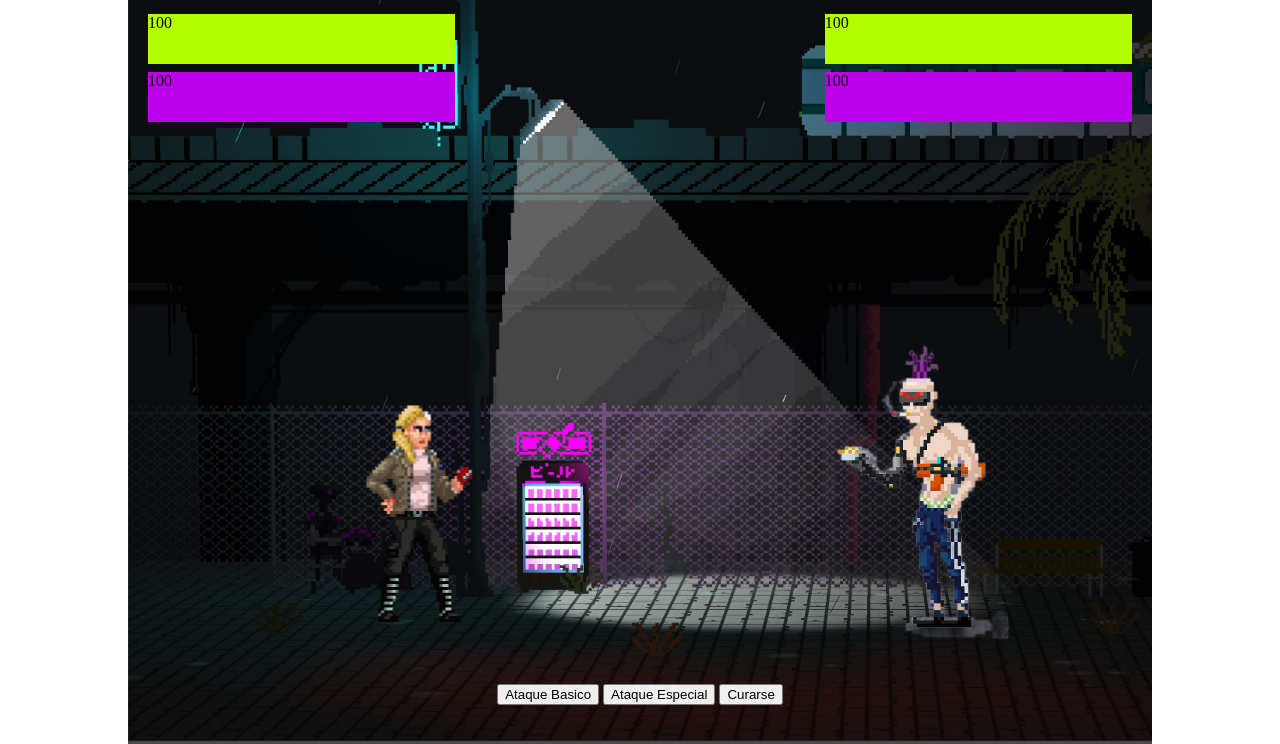
Repository: NovaDuel/novaduel-game
Page: index.html
An editor plug-in stored every save of this project. The page is shown before and after a run of saves, followed by the edit.
The browser window is 1280 px wide. The pictures show the whole page.

Above is the page before, as saved 2024-03-25 16:16:35.

After the next 2 saves:
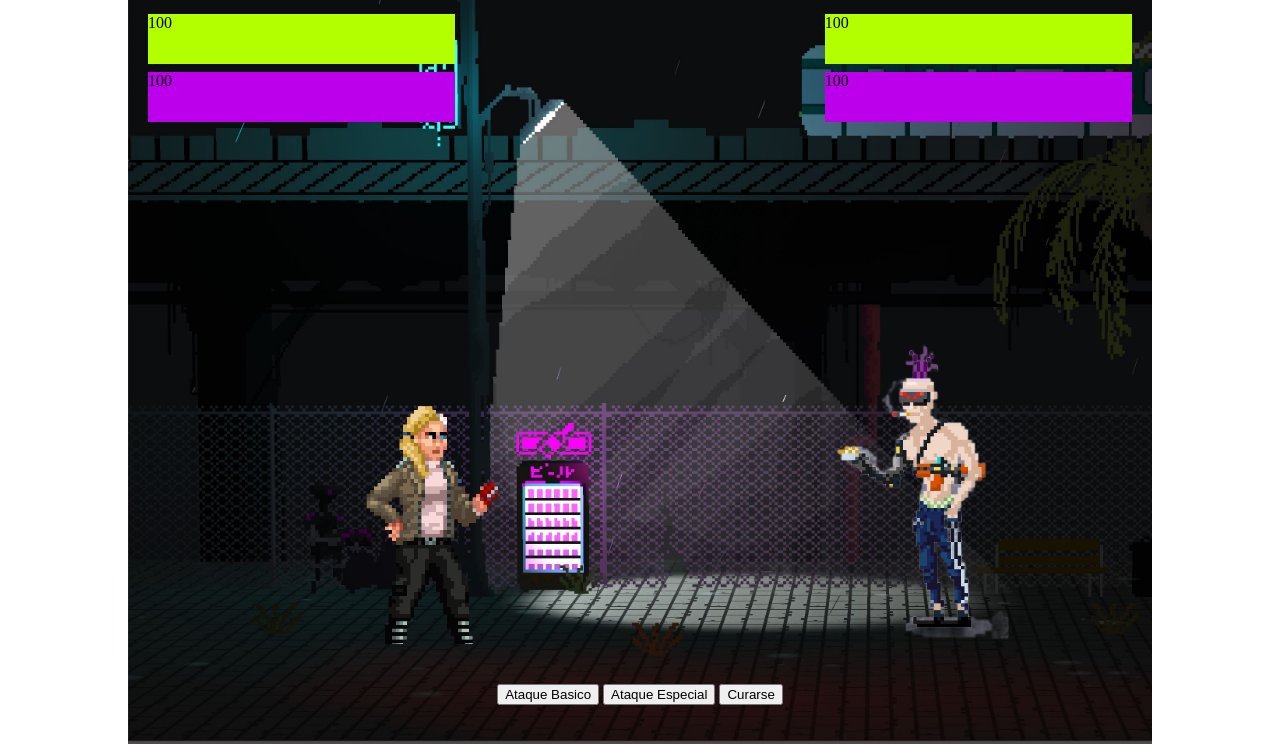
The 2 saves are shown as one change because they came seconds apart.
The last was saved 10 s later.
--- a/style.css
+++ b/style.css
@@ -60,7 +60,7 @@ body {
 #player {
     background-position-x: 110px;
     background-position-y: 80px;
-    background-size: 200%;
+    background-size: 250%;
     background-repeat: no-repeat;
     background-image: url(./images/player.png)
 }
